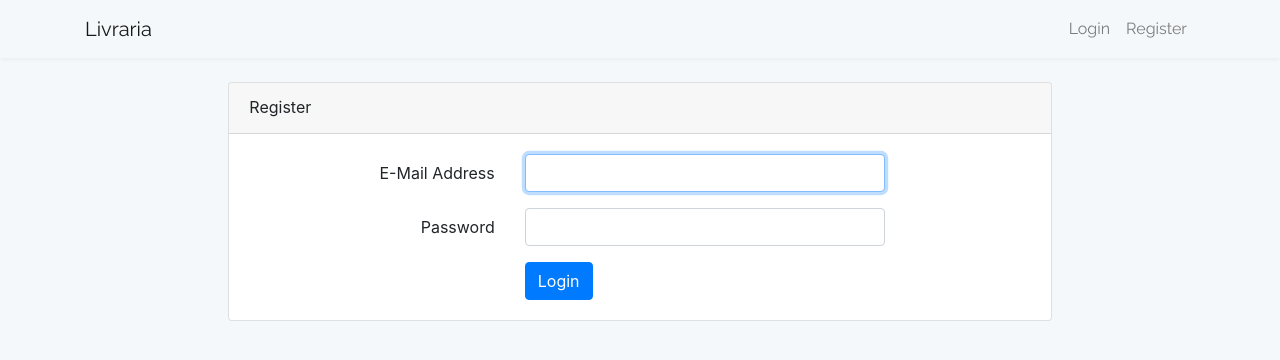
Repository: lxcxcxlxmb/moduleProject
Page: front/login.html
An editor plug-in stored every save of this project. The page is shown before and after the next save, followed by the edit.
The browser window is 1280 px wide. The pictures show the whole page.

Above is the page before, as saved 2022-09-06 14:05:26.

After the next save:
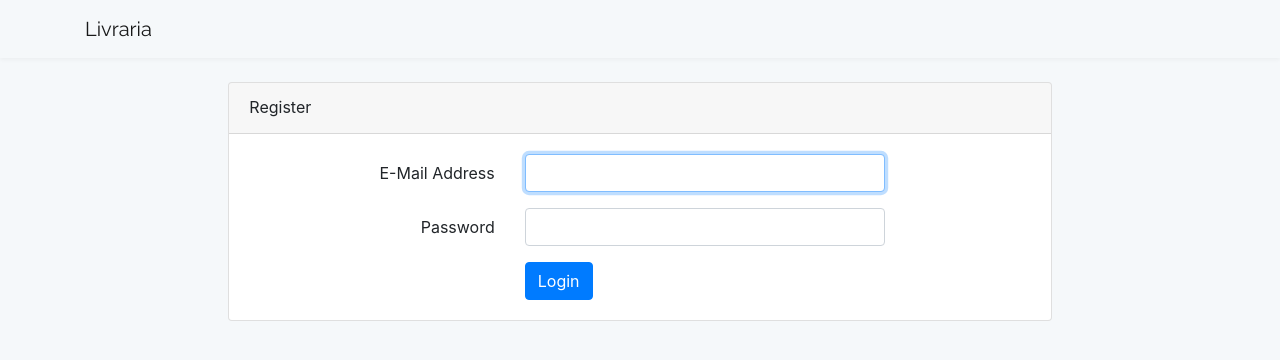
Saved 84 s later.
--- a/front/login.html
+++ b/front/login.html
@@ -76,17 +76,6 @@
                 <span class="navbar-toggler-icon"></span>
             </button>
 
-            <div class="collapse navbar-collapse" id="navbarSupportedContent">
-                <ul class="navbar-nav ml-auto">
-                    <li class="nav-item">
-                        <a class="nav-link" href="#">Login</a>
-                    </li>
-                    <li class="nav-item">
-                        <a class="nav-link" href="#">Register</a>
-                    </li>
-                </ul>
-
-            </div>
         </div>
     </nav>
 
